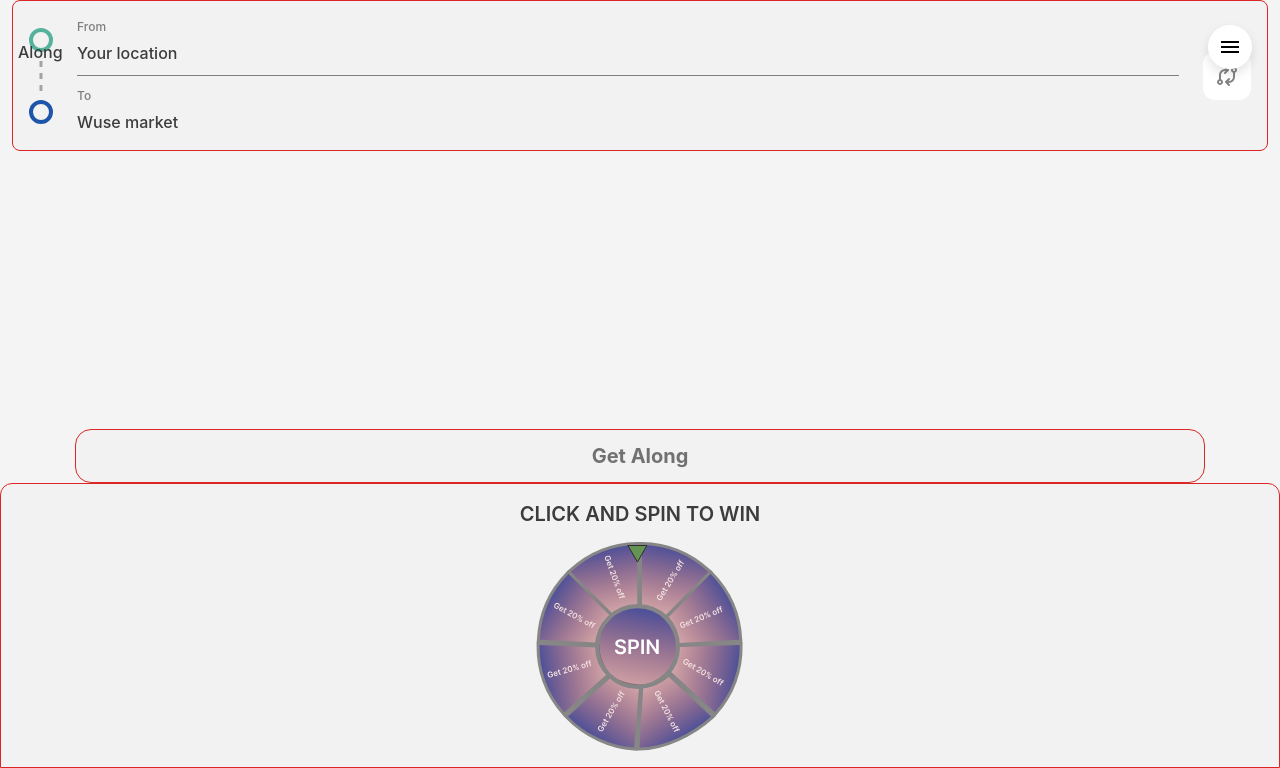
Repository: TeamAlong/Along-App
Page: /
An editor plug-in stored every save of this project. The page is shown before and after the next save, followed by the edit.
The browser window is 1280 px wide. The pictures show the whole page.
The project was rebuilt for these pictures with package versions that can differ from the ones it lists, and the page was loaded fresh each time. The framework's server and built-in components were replaced by stand-ins that run in the browser. Also part of the build but not shown: next.config.mjs, src/components/user/drivers-preview.js.

Above is the page before, as saved 2024-02-26 22:23:54.

After the next save:
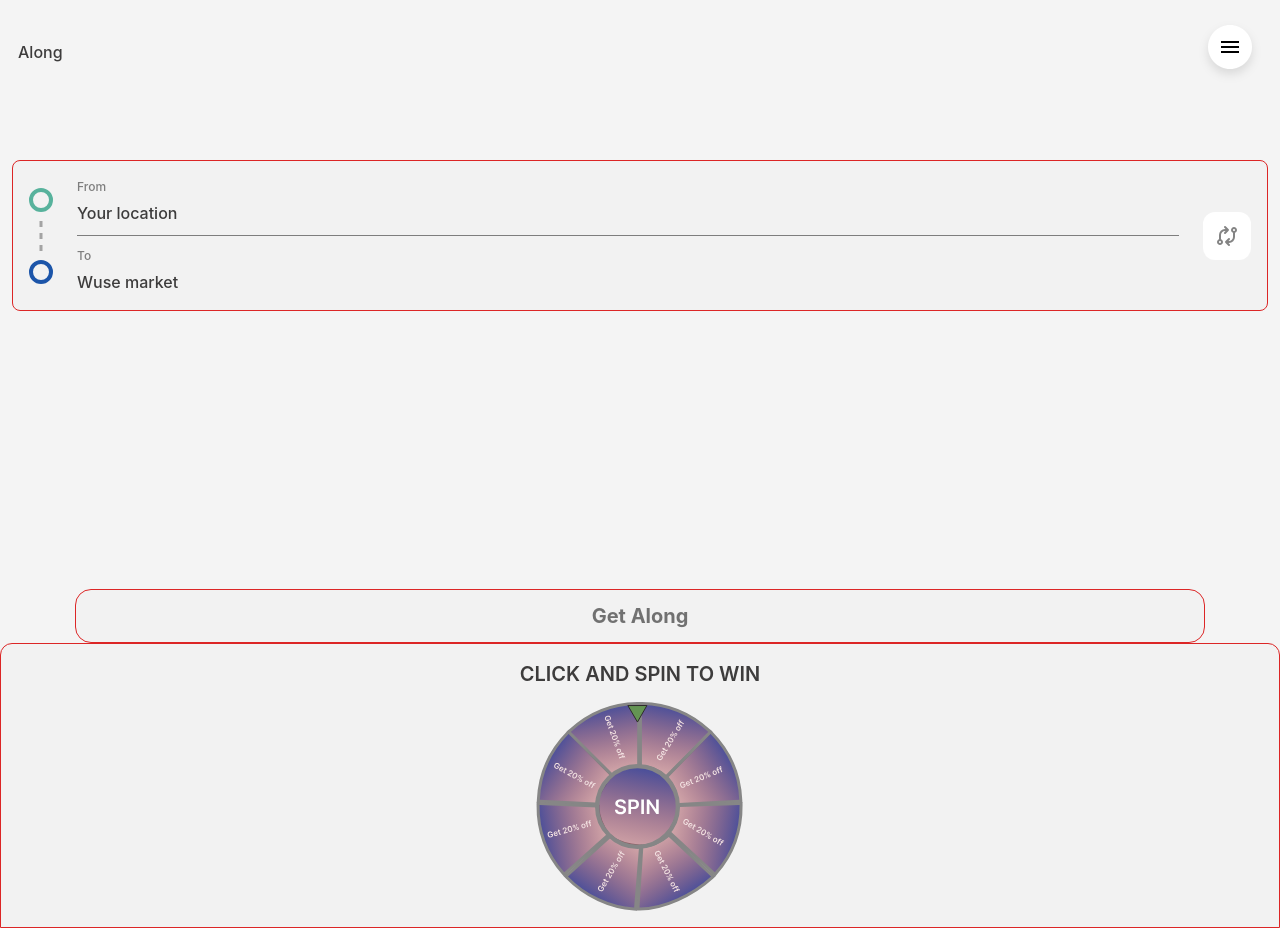
Saved 33 s later.
--- a/src/pages/index.js
+++ b/src/pages/index.js
@@ -13,7 +13,7 @@
   };
   return (
     <Layout>
-      <main className=" px-3 flex flex-col gap-[278px]">
+      <main className="pt-40 px-3 flex flex-col gap-[278px]">
         <section className="w-full flex items-center gap-6 px-4 py-[18px] rounded-lg bg-[#F2F2F2] border border-red-600">
           <Image src={Circles} alt="" />
 

After the save that followed:
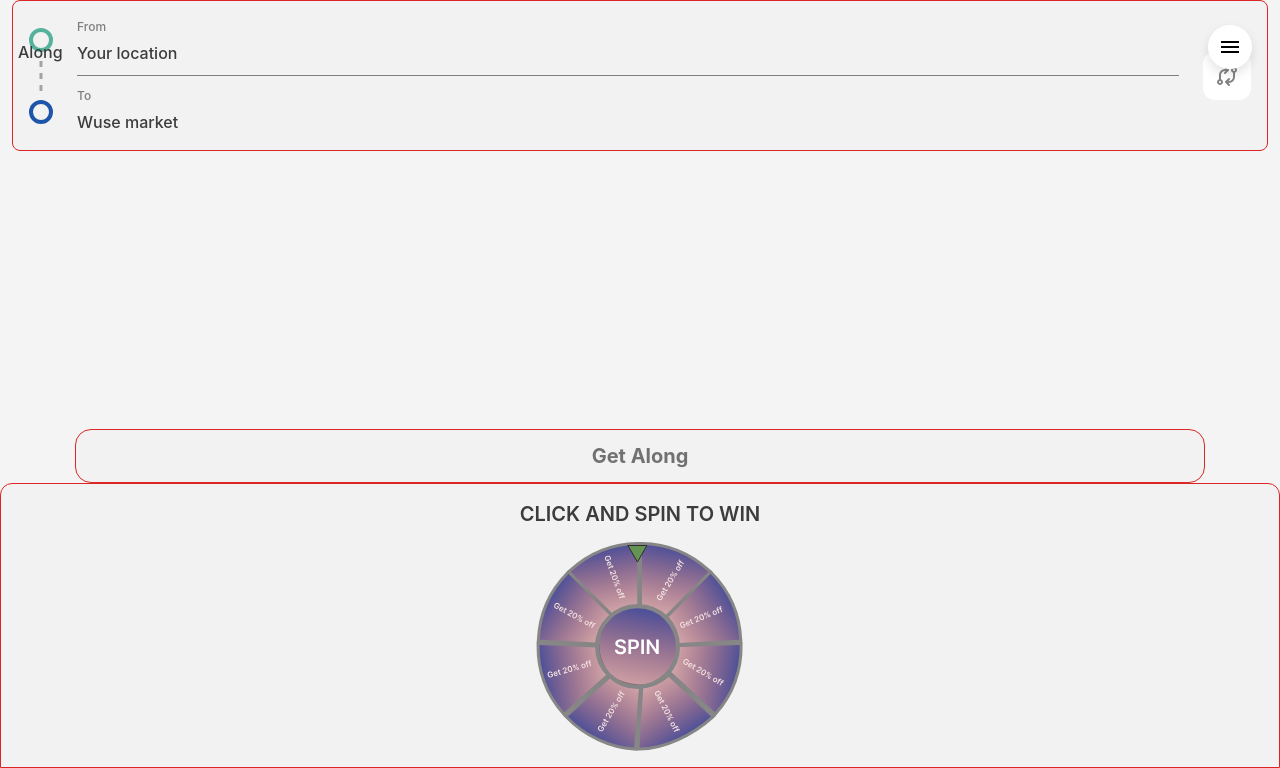
Saved 7 s later.
--- a/src/pages/index.js
+++ b/src/pages/index.js
@@ -13,7 +13,7 @@
   };
   return (
     <Layout>
-      <main className="pt-40 px-3 flex flex-col gap-[278px]">
+      <main className="pt-30 px-3 flex flex-col gap-[278px]">
         <section className="w-full flex items-center gap-6 px-4 py-[18px] rounded-lg bg-[#F2F2F2] border border-red-600">
           <Image src={Circles} alt="" />
 
